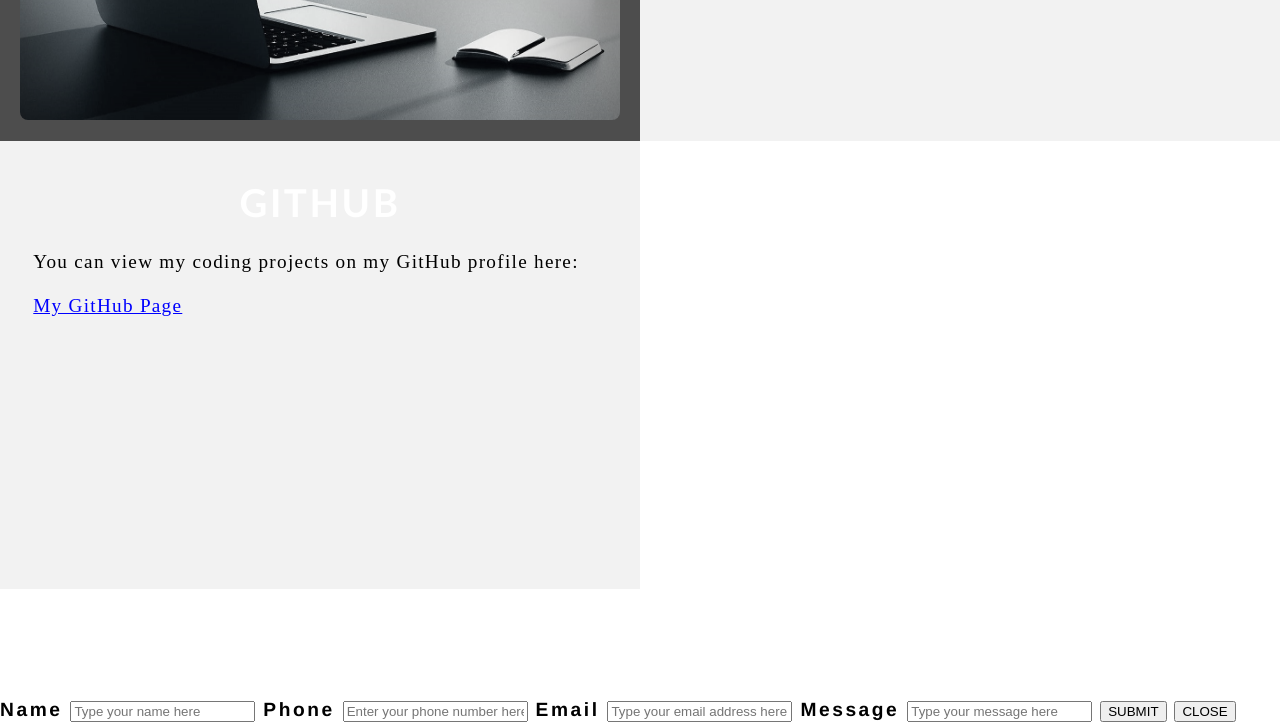
Repository: andyd71/Javascript-Projects
Page: portfolio2/portfolio2.html
An editor plug-in stored every save of this project. The page is shown before and after the next save, followed by the edit.
The browser window is 1280 px wide. The pictures show the part of the page from y = 740 to 1462 px (the page is 1462 px tall before and 1329 px after).
A picture or video elsewhere on the page could not be fetched, so the positions and the page height are approximate.

Above is the page before, as saved 2021-06-06 20:54:24.

After the next save:
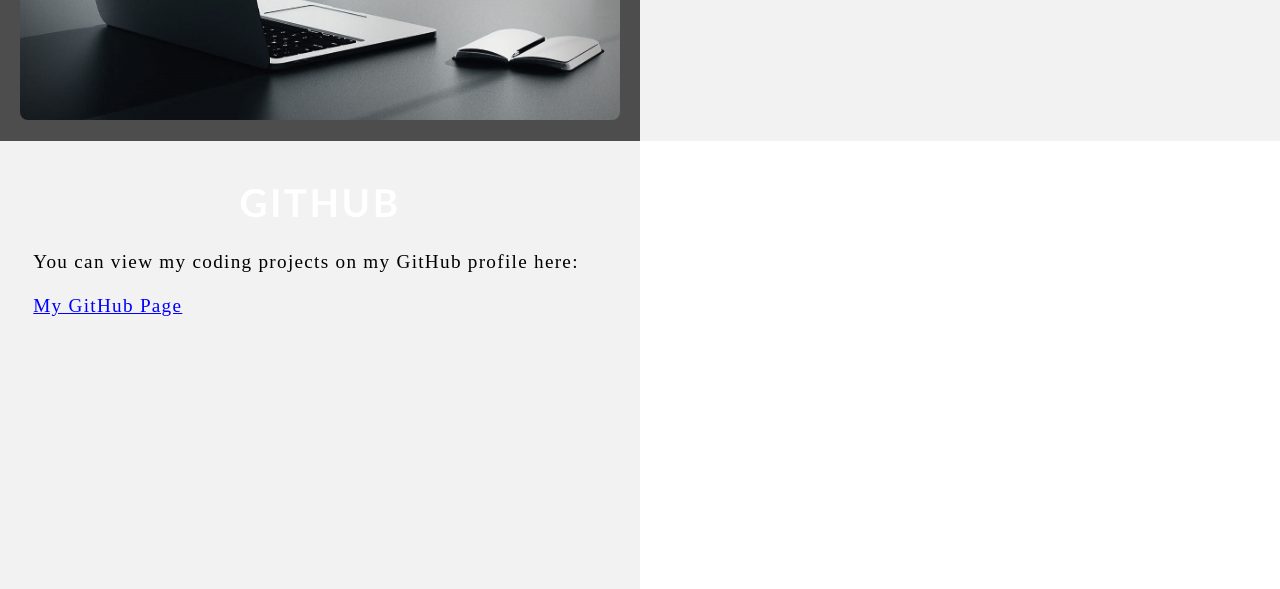
Saved 5 min 7 s later.
--- a/portfolio2/css/portfolio2.css
+++ b/portfolio2/css/portfolio2.css
@@ -362,3 +362,13 @@
     -webkit-animation: movePopup 5s;
     animation: movePopup 5s;
 }
+
+/*The popup form-hidden by default*/
+.form-popup {
+    border: 3px solid #f0f1f0;
+    z-index: 8;
+    display: none;
+    position: fixed;
+    bottom: 6px;
+    right: 6px;
+}
